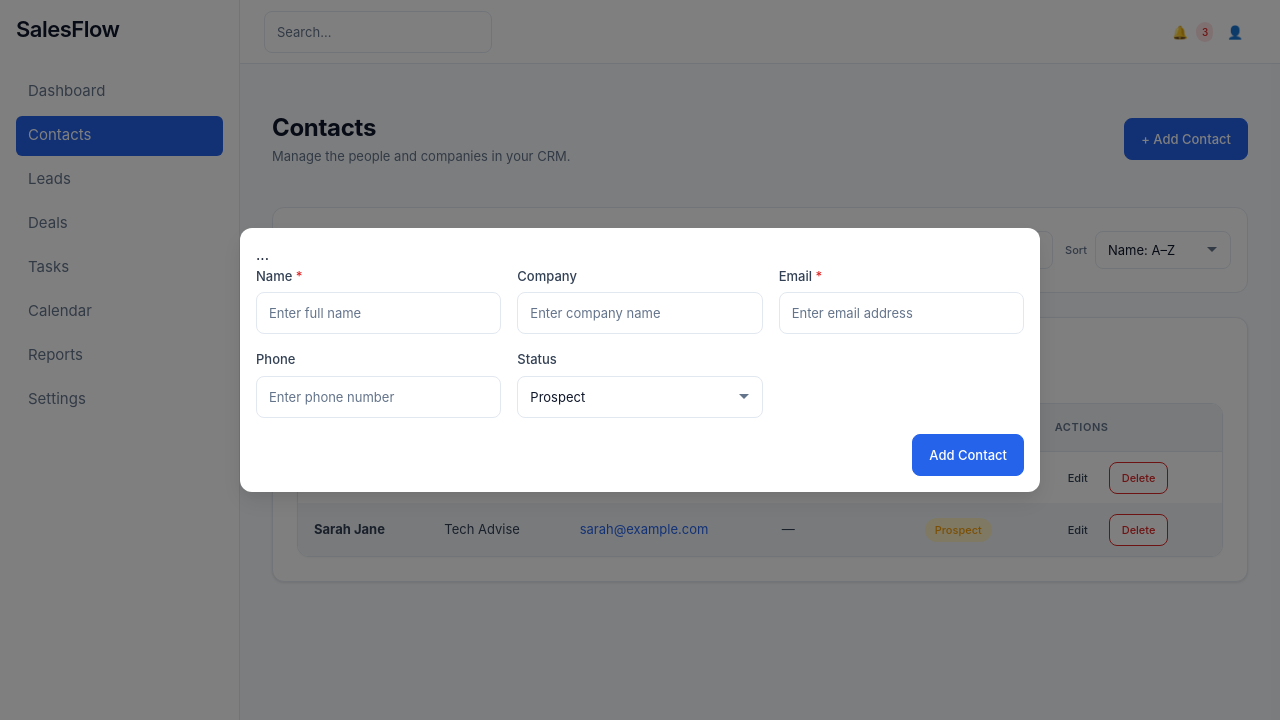
Repository: lawrencegonzaga-dev/salesflow-crm
Page: /contacts, after clicking the first element matching `button.button--primary`
An editor plug-in stored every save of this project. The page is shown before and after a run of saves, followed by the edit.
The browser window is 1280 px wide. The pictures show the whole page.
The project was rebuilt for these pictures with package versions that can differ from the ones it lists, and the page was loaded fresh each time. Also part of the build but not shown: vite.config.js, src/components/StatCard.jsx, src/components/DashboardLeads.jsx, src/components/DashboardDeals.jsx, src/components/DashboardTasks.jsx, src/components/RecentActivity.jsx, src/pages/Dashboard.jsx, src/components/LeadForm.jsx and 22 more.

Above is the page before, as saved 2026-08-18 12:47:11.

### index.html
<!doctype html>
<html lang="en">
  <head>
    <meta charset="UTF-8" />
    <link rel="icon" type="image/svg+xml" href="/favicon.svg" />
    <meta name="viewport" content="width=device-width, initial-scale=1.0" />
    <title>salesflow-crm</title>
  </head>
  <body>
    <div id="root"></div>
    <script type="module" src="/src/main.jsx"></script>
  </body>
</html>

### src/main.jsx
/* ========================================================= */
/* FILE: src/main.jsx */
/* ========================================================= */

import { StrictMode } from 'react';
import { createRoot } from 'react-dom/client';

import "./styles/main.css";
import App from './App.jsx';
import { CRMProvider } from "./context/CRMContext.jsx";

createRoot(document.getElementById('root')).render(
    <StrictMode>
        <CRMProvider>
            <App />
        </CRMProvider>
    </StrictMode>,
);

### src/styles/main.css
@import "./reset.css";
@import "./variables.css";
@import "./base.css";
@import "./layout.css";
@import "./utilities.css";

@import "./components/sidebar.css";
@import "./components/header.css";
@import "./components/toolbar.css";
@import "./components/button.css";
@import "./components/form.css";
@import "./components/card.css";
@import "./components/badge.css";
@import "./components/table.css";
@import "./components/modal.css";
@import "./components/kanban.css";
@import "./components/calendar.css";
@import "./components/leads.css";
@import "./crm.css";

/* main.css */

### src/App.jsx
/* ========================================================= */
/* FILE: src/App.jsx */
/* ========================================================= */

import { BrowserRouter, Routes, Route } from "react-router-dom";

import Dashboard from "./pages/Dashboard";
import Contacts from "./pages/Contacts";
import Leads from "./pages/Leads";
import Deals from "./pages/Deals";
import Tasks from "./pages/Tasks";
import Calendar from "./pages/Calendar";
import Reports from "./pages/Reports";
import Settings from "./pages/Settings";
import AppLayout from "./layouts/AppLayout";

function App() {
    return (
        <BrowserRouter>
            <Routes>
                <Route element={<AppLayout />}>
                    <Route path="/" element={<Dashboard />} />
                    <Route path="/dashboard" element={<Dashboard />} />
                    <Route path="/contacts" element={<Contacts />} />
                    <Route path="/leads" element={<Leads />} />
                    <Route path="/deals" element={<Deals />} />
                    <Route path="/tasks" element={<Tasks />} />
                    <Route path="/calendar" element={<Calendar />} />
                    <Route path="/reports" element={<Reports />} />
                    <Route path="/settings" element={<Settings />} />
                </Route>
            </Routes>
        </BrowserRouter>
    );
}

export default App;

### src/styles/reset.css
*,
*::before,
*::after {
  box-sizing: border-box;
}

html {
  -webkit-text-size-adjust: 100%;
}

body {
  margin: 0;
  background: var(--color-page);
  color: var(--color-text);
  font-family: var(--font-family);
  font-size: 16px;
  line-height: 1.5;

  -webkit-font-smoothing: antialiased;
  text-rendering: optimizeLegibility;
}

#root {
  min-height: 100vh;
}

h1, h2, h3, h4, h5, h6, p {
  margin: 0;
}

img, svg, video {
  display: block;
  max-width: 100%;
}

a {
  color: inherit;
}

### src/styles/utilities.css
.container {
  width: min(100%, var(--content-max-width));
  margin-inline: auto;
}

.visually-hidden {
  position: absolute;
  width: 1px;
  height: 1px;
  padding: 0;
  margin: -1px;
  overflow: hidden;
  clip: rect(0, 0, 0, 0);
  white-space: nowrap;
  border: 0;
}

### src/styles/components/sidebar.css
.app-sidebar {
  width: var(--sidebar-width);
  height: 100vh;

  padding: var(--sidebar-padding);

  display: flex;
  flex-direction: column;

  background: var(--color-surface);
  border-right: 1px solid var(--color-border);
  color: var(--color-text);
}

.app-sidebar h2 {
  margin: 0 0 28px;
  font-size: 22px;
  letter-spacing: -.5px;
}

.sidebar-nav {
  display: flex;
  flex-direction: column;
  gap: 4px;

  overflow-y: auto;
}

.sidebar-nav_item {
  min-height: var(--nav-item-height);

  display: flex;
  align-items: center;

  padding: var(--nav-item-padding);
  gap: var(--nav-item-gap);

  color: var(--color-text-muted);
  text-decoration: none;
  border-radius: var(--radius-sm);

  transition: background var(--transition-fast), color var(--transition-fast);
}

.sidebar-nav_item:hover {
  background: var(--color-surface-muted);
  color: var(--color-text);
}

.sidebar-nav_item.active {
  background: var(--color-action);
  color: white;
}

### src/styles/components/header.css
.app-header {
  height: var(--header-height);

  display: flex;
  align-items: center;
  justify-content: space-between;

  padding: var(--header-padding);

  background: var(--color-surface);
  border-bottom: 1px solid var(--color-border);
  color: var(--color-text);
}

.app-header_left,
.app-header_right {
  display: flex;
  align-items: center;
  gap: var(--header-item-gap);
}

.menu-button {
  display: none;
}

@media (max-width: 768px) {
  .app-header {
    padding: 0 16px;
  }

  .app-header_right {
    display: none;
  }

  .menu-button {
    display: inline-grid;
    width: 40px;
    height: 40px;
    place-items: center;
    padding: 0;
    font-size: 20px;
    border-radius: var(--radius-sm);
  }
}
/* header.css */

### src/styles/components/toolbar.css
/* ========================================================= */
/* FILE: src/styles/components/toolbar.css */
/* ========================================================= */

.toolbar {
  display: flex;
  flex-wrap: wrap;
  align-items: center;
  gap: var(--space-3);
  padding: var(--space-3) var(--space-4);
  background: var(--color-surface);
  border: 1px solid var(--color-border);
  border-radius: var(--radius-lg);
}

.toolbar .search-field {
  flex: 1 1 260px;
  min-width: 160px;
}

.toolbar .search-field input {
  min-height: 38px;
  height: 38px;
  padding-left: var(--space-8);
  background-image: url("data:[embedded picture, 278 characters]");
  background-repeat: no-repeat;
  background-position: var(--space-3) center;
  background-size: 16px;
}

.toolbar .filter-group {
  display: flex;
  align-items: center;
  gap: var(--space-2);
}

.toolbar .filter-group label {
  font-size: var(--text-xs);
  font-weight: var(--font-weight-medium);
  color: var(--color-text-muted);
  white-space: nowrap;
}

.toolbar select {
  min-height: 38px;
  height: 38px;
  min-width: 130px;
}

/* ================================
   TOOLBAR VARIANTS
   ================================ */

.toolbar--compact {
  padding: var(--space-2) var(--space-3);
  gap: var(--space-2);
}

.toolbar--compact select {
  min-height: 34px;
  height: 34px;
  min-width: 110px;
  font-size: var(--text-xs);
}

.toolbar--compact .search-field input {
  min-height: 34px;
  height: 34px;
  font-size: var(--text-xs);
}

/* ================================
   PAGE TOOLBAR
   ================================ */

.page-toolbar {
  display: flex;
  align-items: center;
  justify-content: space-between;
  gap: var(--space-4);
  flex-wrap: wrap;
}

.page-toolbar-left,
.page-toolbar-right {
  display: flex;
  align-items: center;
  gap: var(--space-3);
  flex-wrap: wrap;
}

/* ================================
   RESPONSIVE
   ================================ */

@media (max-width: 768px) {
  .toolbar {
    flex-direction: column;
    align-items: stretch;
  }

  .toolbar .search-field {
    flex: 1 1 auto;
    min-width: auto;
  }

  .toolbar .filter-group {
    flex-wrap: wrap;
  }

  .toolbar select {
    flex: 1 1 auto;
    min-width: auto;
  }

  .page-toolbar {
    flex-direction: column;
    align-items: stretch;
  }

  .page-toolbar-left,
  .page-toolbar-right {
    flex-wrap: wrap;
  }
}

/* toolbar.css */

### src/styles/components/badge.css
/* ========================================================= */
/* FILE: src/styles/components/badge.css */
/* ========================================================= */

.badge {
  display: inline-flex;
  align-items: center;
  gap: var(--space-1);
  min-height: 24px;
  padding: 0 var(--space-2-5);
  font-size: var(--text-xs);
  font-weight: var(--font-weight-medium);
  line-height: 1;
  border-radius: var(--radius-full);
  white-space: nowrap;
  transition: all var(--transition-fast);
}

/* ================================
   BADGE VARIANTS
   ================================ */

.badge--primary {
  color: var(--color-action);
  background: var(--color-action-light);
}

.badge--success {
  color: var(--color-success);
  background: var(--color-success-light);
}

.badge--warning {
  color: var(--color-warning);
  background: var(--color-warning-light);
}

.badge--danger {
  color: var(--color-danger);
  background: var(--color-danger-light);
}

.badge--info {
  color: var(--color-info);
  background: var(--color-info-light);
}

.badge--neutral {
  color: var(--color-text-muted);
  background: var(--color-surface-muted);
}

.badge--dark {
  color: var(--color-text-inverse);
  background: var(--color-text);
}

/* ================================
   BADGE SIZES
   ================================ */

.badge--sm {
  min-height: 20px;
  padding: 0 var(--space-1-5);
  font-size: 10px;
}

.badge--lg {
  min-height: 28px;
  padding: 0 var(--space-3-5);
  font-size: var(--text-sm);
}

/* ================================
   DOT BADGE
   ================================ */

.badge--dot {
  padding-left: var(--space-1-5);
}

.badge--dot::before {
  content: "";
  display: inline-block;
  width: 6px;
  height: 6px;
  border-radius: 50%;
  margin-right: var(--space-1);
}

.badge--primary.badge--dot::before {
  background: var(--color-action);
}

.badge--success.badge--dot::before {
  background: var(--color-success);
}

.badge--warning.badge--dot::before {
  background: var(--color-warning);
}

.badge--danger.badge--dot::before {
  background: var(--color-danger);
}

/* ================================
   BADGE WITH COUNT
   ================================ */

.badge--count {
  min-width: 24px;
  justify-content: center;
  padding: 0 var(--space-1-5);
  border-radius: var(--radius-full);
  font-size: var(--text-xs);
  font-weight: var(--font-weight-bold);
}

/* badge.css */

### src/styles/components/modal.css
/* ========================================================= */
/* FILE: src/styles/components/modal.css */
/* ========================================================= */

.modal-overlay {
  position: fixed;
  inset: 0;
  z-index: var(--z-modal);
  display: flex;
  align-items: center;
  justify-content: center;
  padding: var(--space-4);
  background: rgba(15, 23, 42, 0.6);
  backdrop-filter: blur(4px);
  animation: overlay-fade-in var(--transition-base);
}

@keyframes overlay-fade-in {
  from {
    opacity: 0;
  }
  to {
    opacity: 1;
  }
}

.modal {
  width: min(100% - var(--space-8), 520px);
  max-height: min(90vh, 640px);
  overflow-y: auto;
  padding: var(--space-6);
  background: var(--color-surface);
  border-radius: var(--radius-xl);
  box-shadow: var(--shadow-xl);
  animation: modal-slide-up var(--transition-base);
}

@keyframes modal-slide-up {
  from {
    opacity: 0;
    transform: translateY(20px) scale(0.95);
  }
  to {
    opacity: 1;
    transform: translateY(0) scale(1);
  }
}

/* ================================
   MODAL SIZES
   ================================ */

.modal--sm {
  width: min(100% - var(--space-8), 400px);
}

.modal--lg {
  width: min(100% - var(--space-8), 680px);
}

.modal--xl {
  width: min(100% - var(--space-8), 900px);
}

.modal--full {
  width: 100%;
  max-width: 100%;
  height: 100%;
  max-height: 100%;
  border-radius: 0;
  padding: var(--space-8);
}

/* ================================
   MODAL HEADER
   ================================ */

.modal-header {
  display: flex;
  align-items: flex-start;
  justify-content: space-between;
  gap: var(--space-4);
  margin-bottom: var(--space-4);
}

.modal-header h2 {
  font-size: var(--text-xl);
  font-weight: var(--font-weight-semibold);
  color: var(--color-text);
}

.modal-header .modal-close {
  width: 36px;
  height: 36px;
  padding: 0;
  border-radius: var(--radius-full);
  background: transparent;
  border: none;
  font-size: var(--text-xl);
  color: var(--color-text-muted);
  cursor: pointer;
  transition: all var(--transition-fast);
  display: flex;
  align-items: center;
  justify-content: center;
}

.modal-header .modal-close:hover {
  background: var(--color-surface-muted);
  color: var(--color-text);
}

/* ================================
   MODAL BODY
   ================================ */

.modal-body {
  display: grid;
  gap: var(--space-4);
}

/* ================================
   MODAL FOOTER
   ================================ */

.modal-footer {
  display: flex;
  align-items: center;
  justify-content: flex-end;
  gap: var(--space-3);
  margin-top: var(--space-6);
  padding-top: var(--space-4);
  border-top: 1px solid var(--color-border);
}

/* ================================
   SCROLLBAR FOR MODAL
   ================================ */

.modal::-webkit-scrollbar {
  width: 6px;
}

.modal::-webkit-scrollbar-track {
  background: transparent;
}

.modal::-webkit-scrollbar-thumb {
  background: var(--color-border);
  border-radius: var(--radius-full);
}

.modal::-webkit-scrollbar-thumb:hover {
  background: var(--color-border-hover);
}

.form-overlay {
  position: fixed;
  inset: 0;

  display: flex;
  align-items: center;
  justify-content: center;

  padding: 48px;

  background: rgb(0 0 0 / 50%);

  z-index: 1000;
}

.form-card {
  width: min(100%, 800px);
  max-height: calc(100vh - 48px);

  overflow-y: auto;

  background: var(--color-surface);
  border-radius: var(--radius-lg);

  box-shadow: var(--shadow-lg);
  padding: 16px;
}

.form-card__header {
  display: flex;
  align-items: flex-start;
  justify-content: space-between;

  padding: 24px;
  border-bottom: 1px solid var(--color-border);
}

.form-card__title {
  margin: 0;
}

.form-card__subtitle {
  margin: 4px 0 0;
}

.form-card__close {
  display: grid;
  place-items: center;

  width: 36px;
  height: 36px;

  border: 0;
  background: transparent;
  border-radius: var(--radius-md);

  font-size: 24px;
  cursor: pointer;
}

.form-card__close:hover {
  background: var(--color-surface-muted);
}

/* modal.css */

### src/styles/components/leads.css
.lead-pipeline {
  display: grid;
  grid-template-columns: repeat(6, minmax(190px, 1fr));
  gap: 12px;
  overflow-x: auto;
  padding: 4px 0 16px;
}

.lead-pipeline__stage {
  min-width: 190px;
  background: var(--color-surface-muted);
  border: 1px solid var(--color-border);
  border-radius: var(--radius-md);
  padding: 12px;
   min-height: 200px;
}

.lead-pipeline__stage header {
  display: flex;
  align-items: center;
  justify-content: space-between;
}

.lead-pipeline__stage h2 {
  font-size: 15px;
  margin: 0;
}

.lead-pipeline__stage header span {
  border-radius: var(--radius-full);
  background: var(--color-border);
  padding: 2px 8px;
  font-size: 12px;
}

.lead-pipeline__items {
  display: grid;
  gap: 8px;
  margin-top: 12px;
}

.lead-pipeline__card {
  display: block;
  width: 100%;
  text-align: left;
  padding: 12px;
  min-height: 90px;
  background: var(--color-surface);
  border: 1px solid var(--color-border);
  border-radius: var(--radius-sm);
  cursor: pointer;
  color: inherit;
  transition: border-color var(--transition-fast);
}

.lead-pipeline__card:hover,
.lead-pipeline__card:focus-visible {
  border-color: var(--color-action);
  outline: none;
}

.lead-pipeline__card h3 {
  margin: 0 0 4px;
  font-size: 14px;
}

.lead-pipeline__card p {
  font-size: 12px;
  margin: 2px 0;
  color: var(--color-text-muted);
}

.lead-table-wrap {
  overflow-x: auto;
}

.lead-table__empty {
  padding: 32px;
  text-align: center;
  color: var(--color-text-muted);
}

.lead-stage {
  display: inline-block;
  border-radius: var(--radius-full);
  background: color-mix(in srgb, var(--color-action) 12%, transparent);
  color: var(--color-action);
  padding: 2px 8px;
  font-size: 12px;
}
/* leads.css */

### src/layouts/AppLayout.jsx
/* ========================================================= */
/* FILE: src/layouts/AppLayout.jsx */
/* ========================================================= */

import { useState } from "react";
import { Outlet } from "react-router-dom";

import Sidebar from "../components/Sidebar";
import Header from "../components/Header";

function AppLayout() {
    const [isNavigationOpen, setIsNavigationOpen] = useState(false);

    return (
        <div className="app-layout">
            <Sidebar
                isOpen={isNavigationOpen}
                onNavigate={() => setIsNavigationOpen(false)}
            />

            <Header
                isNavigationOpen={isNavigationOpen}
                onMenuToggle={() => setIsNavigationOpen((isOpen) => !isOpen)}
            />

            <main className="app-main">
                <div className="app-main-content">
                    <Outlet />
                </div>
            </main>

            {isNavigationOpen && (
                <button
                    className="navigation-backdrop"
                    type="button"
                    aria-label="Close navigation"
                    onClick={() => setIsNavigationOpen(false)}
                />
            )}
        </div>
    );
}

export default AppLayout;

### src/components/ContactTable.jsx
/* ========================================================= */
/* FILE: src/components/ContactTable.jsx */
/* ========================================================= */

import ContactRow from "./ContactRow";

function ContactTable({
    contacts,
    onDeleteContact,
    onEditContact
}) {
    if (contacts.length === 0) {
        return (
            <div className="table-empty">
                <div className="empty-icon">📭</div>
                <div className="empty-title">No contacts found</div>
                <div className="empty-description">
                    Try adjusting your search or filters
                </div>
            </div>
        );
    }

    return (
        <div className="table-wrap">
            <table className="table table--striped">
                <thead>
                    <tr>
                        <th>Name</th>
                        <th>Company</th>
                        <th>Email</th>
                        <th>Phone</th>
                        <th>Status</th>
                        <th>Actions</th>
                    </tr>
                </thead>
                <tbody>
                    {contacts.map((contact) => (
                        <ContactRow
                            key={contact.id}
                            contact={contact}
                            onDeleteContact={onDeleteContact}
                            onEditContact={onEditContact}
                        />
                    ))}
                </tbody>
            </table>
        </div>
    );
}

export default ContactTable;

### src/components/Sidebar.jsx
import { NavLink } from "react-router-dom";
import navigation from "../data/navigation";

function Sidebar({ isOpen, onNavigate }) {
    return (
        <aside className={`app-sidebar ${isOpen ? "app-sidebar--open" : ""}`}>
            <h2>SalesFlow</h2>

            <nav className="sidebar-nav">
                {navigation.map((item) => (
                    <NavLink
                        key={item.path}
                        to={item.path}
                        className="sidebar-nav_item"
                        onClick={onNavigate}
                    >
                        {item.label}
                    </NavLink>
                ))}
            </nav>
        </aside>
    );
}

export default Sidebar;

### src/components/Header.jsx
/* ========================================================= */
/* FILE: src/components/Header.jsx */
/* ========================================================= */

import { useState } from "react";

function Header({ isNavigationOpen, onMenuToggle }) {
    const [searchQuery, setSearchQuery] = useState("");

    return (
        <header className="app-header">
            <div className="app-header-left">
                <button
                    className="menu-button"
                    type="button"
                    aria-label="Toggle navigation"
                    aria-expanded={isNavigationOpen}
                    onClick={onMenuToggle}
                >
                    ☰
                </button>

                <div className="header-search">
                    <input
                        type="text"
                        placeholder="Search..."
                        value={searchQuery}
                        onChange={(e) => setSearchQuery(e.target.value)}
                        className="header-search-input"
                    />
                </div>
            </div>

            <div className="app-header-right">
                <button className="button button--ghost button--icon" aria-label="Notifications">
                    🔔
                    <span className="badge badge--danger badge--sm">3</span>
                </button>
                <button className="button button--ghost button--icon" aria-label="Profile">
                    👤
                </button>
            </div>
        </header>
    );
}

export default Header;

### src/components/ContactRow.jsx
/* ========================================================= */
/* FILE: src/components/ContactRow.jsx */
/* ========================================================= */

function ContactRow({ contact, onDeleteContact, onEditContact }) {
    function getStatusBadge(status) {
        const classes = {
            Prospect: "badge badge--warning",
            Customer: "badge badge--success",
            Inactive: "badge badge--neutral"
        };
        return classes[status] || "badge badge--neutral";
    }

    return (
        <tr>
            <td>
                <strong>{contact.name}</strong>
            </td>
            <td>{contact.company || "—"}</td>
            <td>
                <a href={`mailto:${contact.email}`} className="text-primary">
                    {contact.email}
                </a>
            </td>
            <td>{contact.phone || "—"}</td>
            <td>
                <span className={getStatusBadge(contact.status)}>
                    {contact.status}
                </span>
            </td>
            <td>
                <div className="row-actions">
                    <button
                        type="button"
                        className="button button--sm button--ghost"
                        onClick={() => onEditContact(contact)}
                    >
                        Edit
                    </button>
                    <button
                        type="button"
                        className="button button--sm button--danger"
                        onClick={() => {
                            if (window.confirm(`Delete "${contact.name}"?`)) {
                                onDeleteContact(contact.id);
                            }
                        }}
                    >
                        Delete
                    </button>
                </div>
            </td>
        </tr>
    );
}

export default ContactRow;

Loaded but not shown: src/data/navigation.js (48 lines, source omitted); src/components/ContactForm.jsx (321 lines, source omitted); src/styles/crm.css (441 lines, source omitted); src/context/CRMContext.jsx (129 lines, source omitted); src/styles/variables.css (230 lines, source omitted); src/pages/Contacts.jsx (154 lines, source omitted); src/styles/components/form.css (194 lines, source omitted); src/styles/layout.css (206 lines, source omitted); src/styles/components/button.css (158 lines, source omitted); src/styles/components/table.css (162 lines, source omitted); src/styles/base.css (167 lines, source omitted); src/styles/components/card.css (154 lines, source omitted); src/styles/components/calendar.css (148 lines, source omitted); src/styles/components/kanban.css (153 lines, source omitted)

After the next 2 saves:
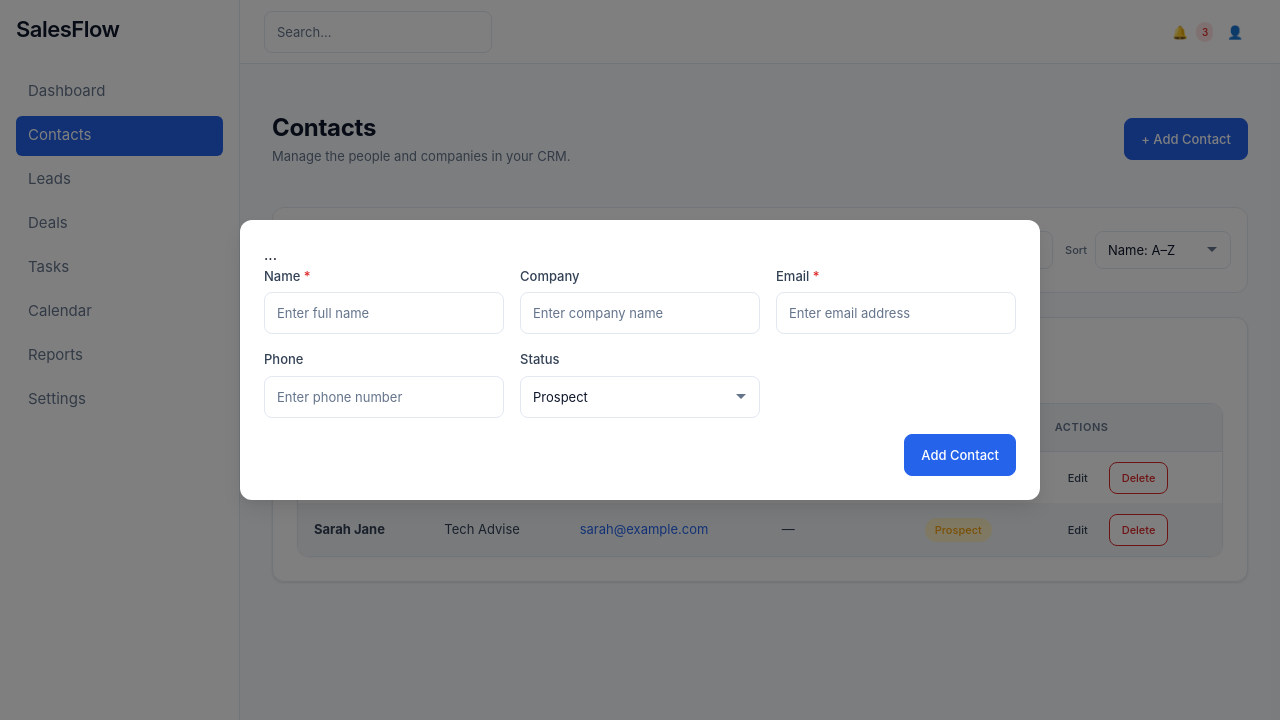
The 2 saves are shown as one change because they came seconds apart.
The last was saved 9 s later.
--- a/src/styles/components/modal.css
+++ b/src/styles/components/modal.css
@@ -179,7 +179,7 @@
   border-radius: var(--radius-lg);
 
   box-shadow: var(--shadow-lg);
-  padding: 16px;
+  padding: 24px;
 }
 
 .form-card__header {
